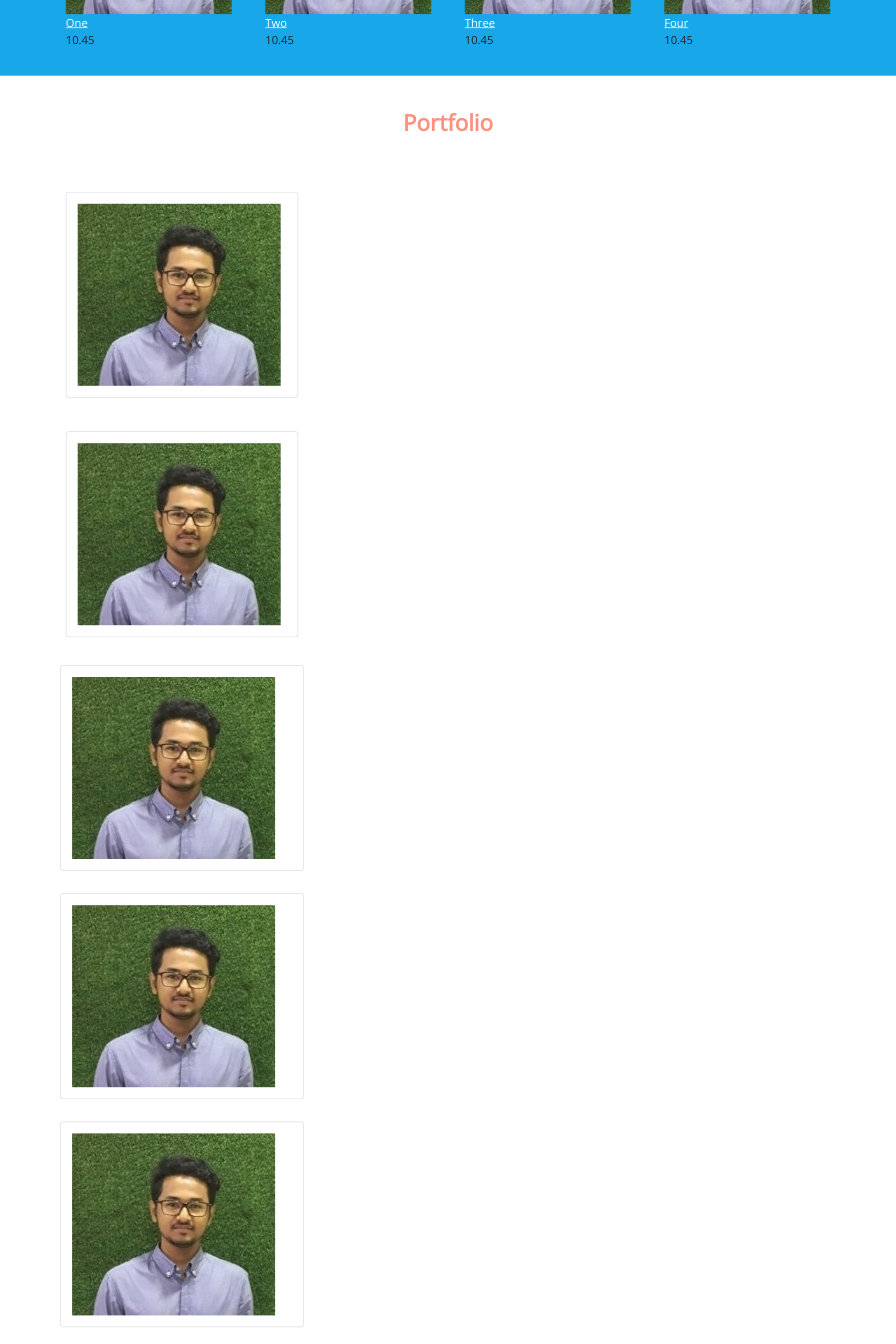
Repository: emowzz/emowzz.github.io
Page: index.html
The author's editor kept a copy of each file at every save. The page is drawn from the files as they stood at one save, then again after the next save.
The browser window is 1280 px wide. The pictures show the part of the page from y = 2583 to 4503 px (the page is 4821 px tall before and 4725 px after), at 70% of full size.
Some web libraries are served in a nearby version.

Above is the page before, as saved 2021-03-17 23:34:00.

After the next save:
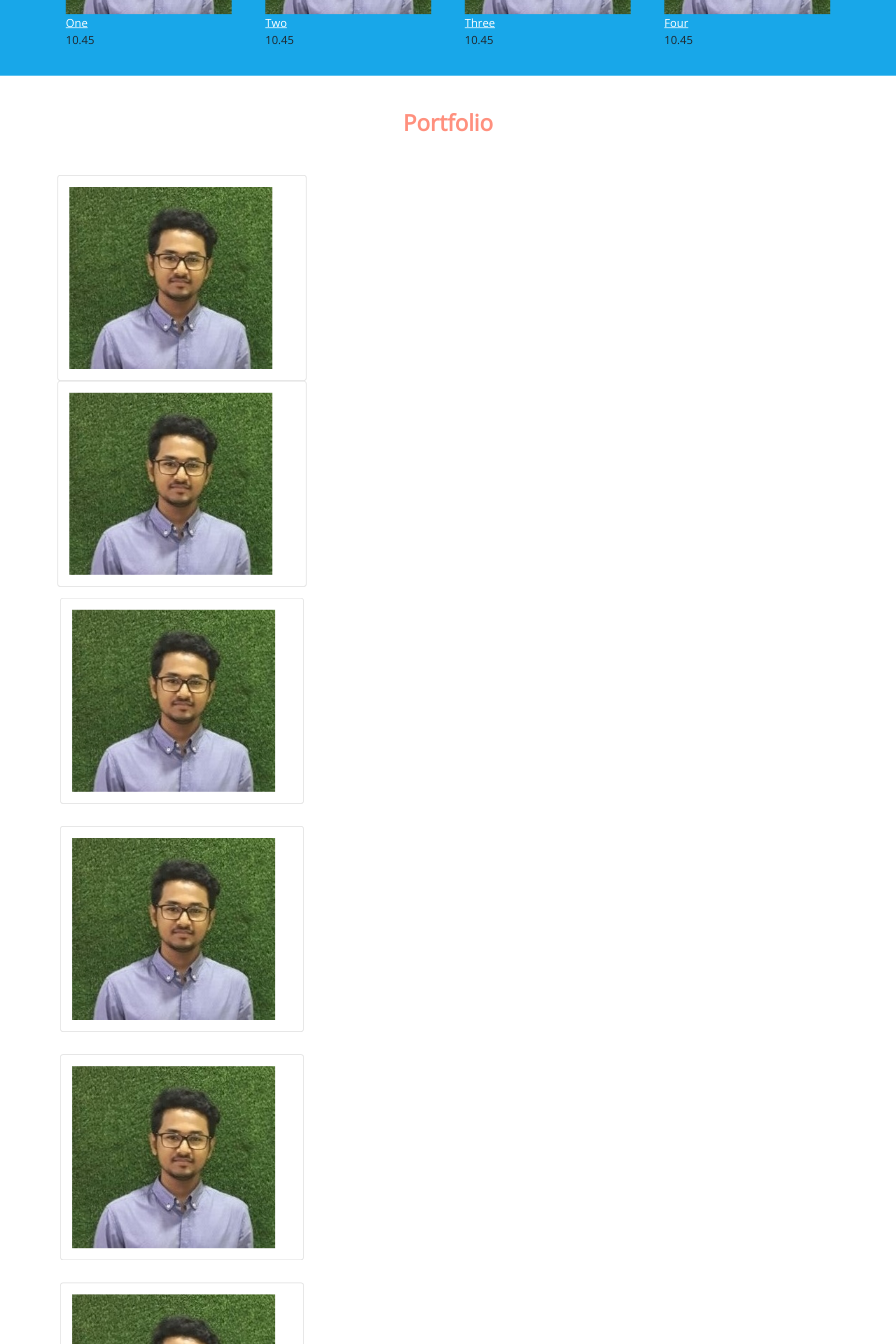
Saved 19 s later.
--- a/index.html
+++ b/index.html
@@ -200,17 +200,17 @@
         </div>
 
         <div class="row">
-          <div class="col-md-4 p-4">
-            <div class="card">
-              <div class="card-body">
-                <img src="./Image/myImgZoom.jpg" alt="" class="img-fluid">
-              </div>
-            </div>
-          </div>
-        </div>
-
-        <div class="row">
-          <div class="col-md-4 p-4">
+          <div class="col-md-4">
+            <div class="card">
+              <div class="card-body">
+                <img src="./Image/myImgZoom.jpg" alt="" class="img-fluid">
+              </div>
+            </div>
+          </div>
+        </div>
+
+        <div class="row">
+          <div class="col-md-4">
             <div class="card">
               <div class="card-body">
                 <img src="./Image/myImgZoom.jpg" alt="" class="img-fluid">
